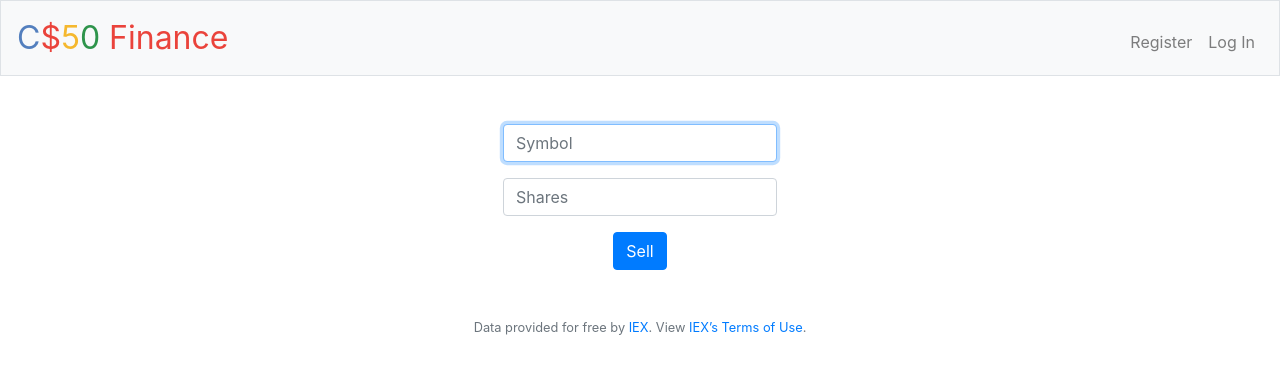
Repository: tavrora/cs50_ide
Page: pset8/finance/templates/sell.html
The author's editor kept a record of every edit. The page is drawn from the files as they stood at one moment, then again after the next edit.
The browser window is 1280 px wide. The pictures show the whole page.
The template is drawn by Flask 3. The application's start-up code is not run. The template is opened directly, without the code that normally fills it, so the values that code supplies are empty.

Above is the page before.

After the next edit:
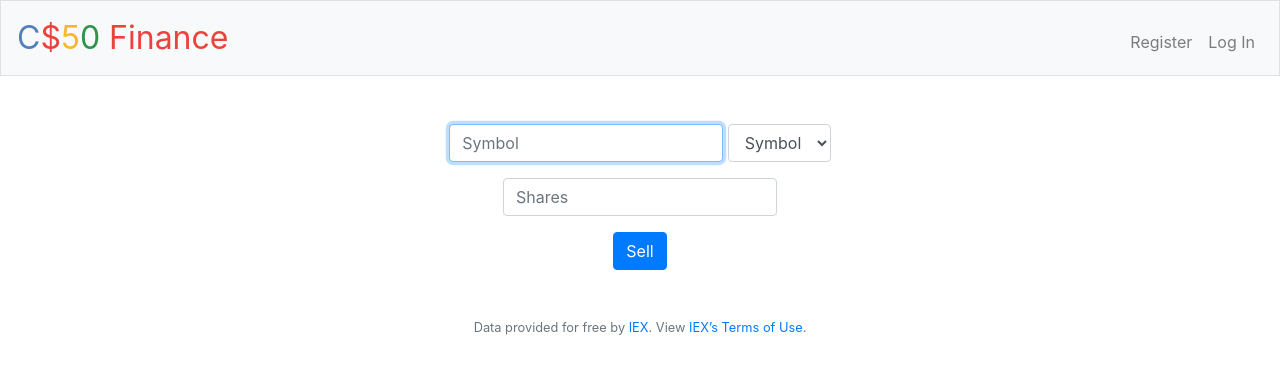
The edit:
--- a/pset8/finance/templates/sell.html
+++ b/pset8/finance/templates/sell.html
@@ -8,6 +8,10 @@
     <form action="/sell" method="post">
         <div class="form-group">
             <input autocomplete="off" autofocus class="form-control" name="symbol" placeholder="Symbol" type="text">
+            <select class="form-control" name="symbol">
+                <option disabled selected value>Symbol</option>
+                <option value="ololo">OLOLO</option>
+            </select>
         </div>
 
         <div class="form-group">
